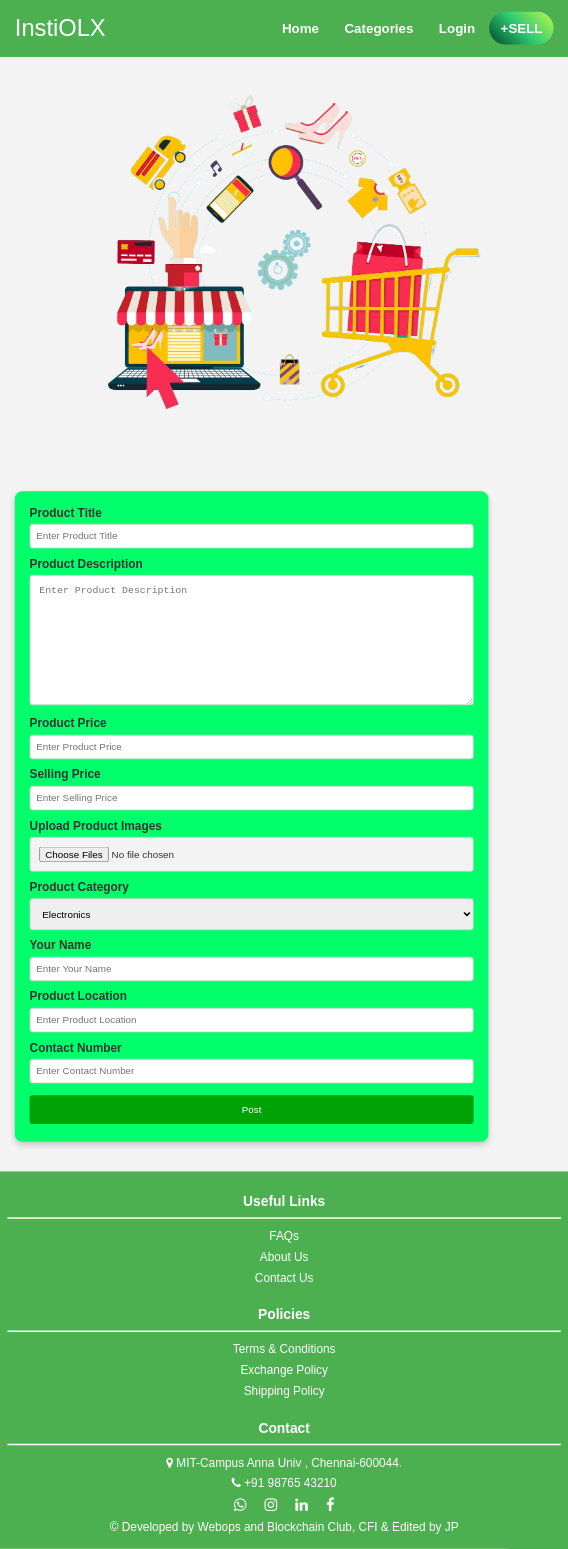
Repository: John-Prabu-A/web-dev-summer-school
Page: Session_1_Assignment/sell.html
These files come from the project's save history. The page is drawn as it stood at one moment and after the next save; the edit follows.
The browser window is 768 px wide. The pictures show the whole page, at 74% of full size.

Above is the page before, as saved 2024-06-20 16:01:18.

After the next save:
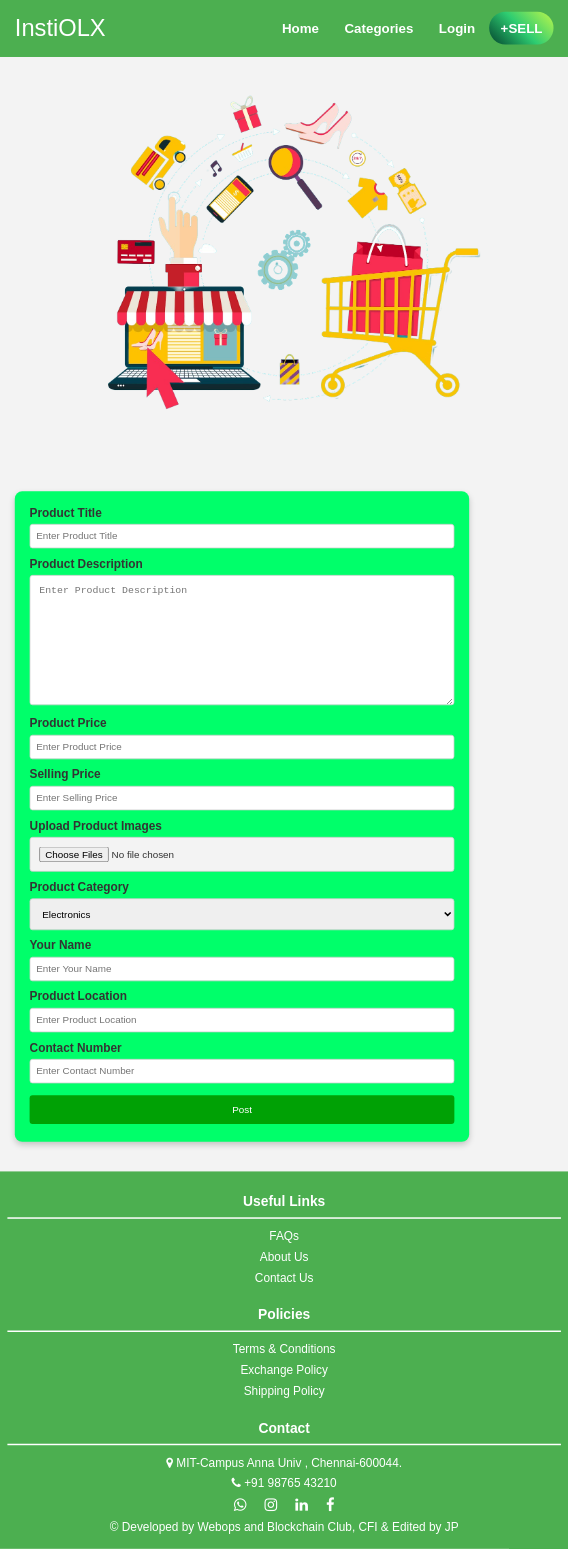
Saved 5 s later.
--- a/Session_1_Assignment/sell.html
+++ b/Session_1_Assignment/sell.html
@@ -119,7 +119,7 @@
     }
 
     .container {
-        width: 80dvh;
+        width: 80dvw;
     }
 
 
